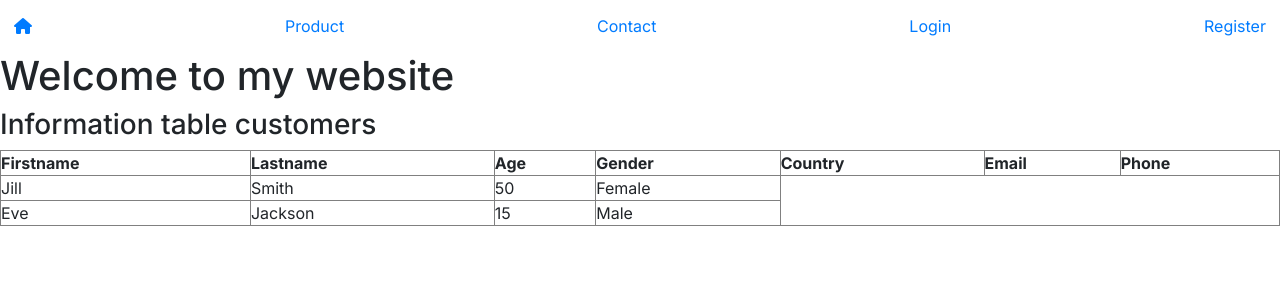
Repository: bao2222/hoc-lam-web
Page: About-me.html
These files come from the project's save history. The page is drawn as it stood at one moment and after the next save; the edit follows.
The browser window is 1280 px wide. The pictures show the whole page.

Above is the page before, as saved 2025-01-23 20:38:51.

After the next save:
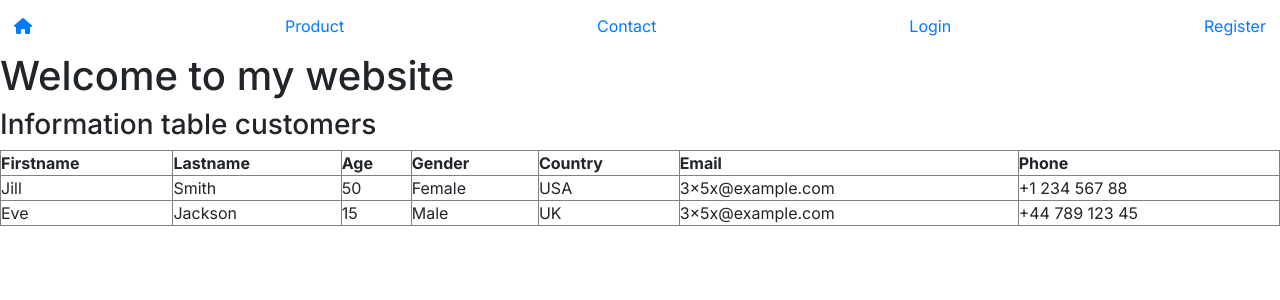
Saved 2 min 1 s later.
--- a/About-me.html
+++ b/About-me.html
@@ -60,12 +60,18 @@
                     <td>Smith</td>
                     <td>50</td>
                     <td>Female</td>
+                    <td>USA</td>
+                    <td>3x5x@example.com</td>
+                    <td>+1 234 567 88</td>
                 </tr>
                 <tr>
                     <td>Eve</td>
                     <td>Jackson</td>
                     <td>15</td>
                     <td>Male</td>
+                    <td>UK</td>
+                    <td>3x5x@example.com</td>
+                    <td>+44 789 123 45</td>
                 </tr>
 
             </table>
